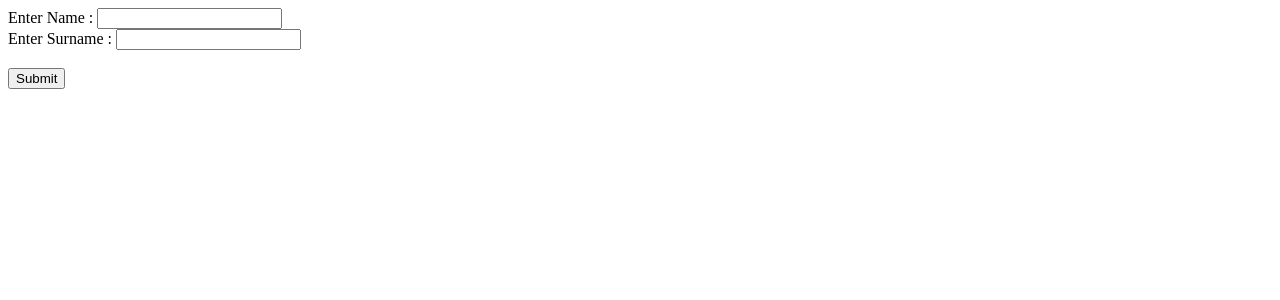
Repository: PhMandar/eclipse_oxy_ws
Page: SimpleServletProject/WebContent/SimpleForm.html
The author's editor kept a copy of each file at every save. The page is drawn from the files as they stood at one save, then again after the next save.
The browser window is 1280 px wide. The pictures show the whole page.

Above is the page before, as saved 2017-12-07 03:42:16.

After the next save:
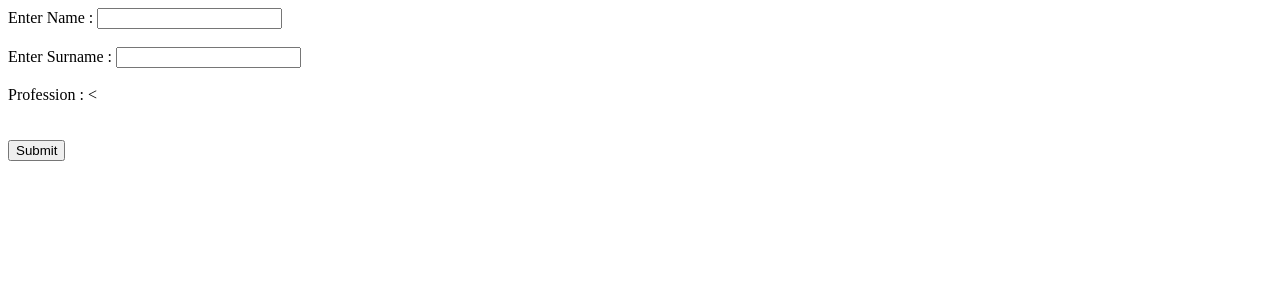
Saved 3 min 56 s later.
--- a/SimpleServletProject/WebContent/SimpleForm.html
+++ b/SimpleServletProject/WebContent/SimpleForm.html
@@ -6,8 +6,11 @@
 </head>
 <body>
 	<form method="post" action="SimpleServletTestURL">
-		Enter Name : <input name="userName"/> <br>
+		Enter Name : <input name="userName"/> <br><br>
 		Enter Surname : <input name="surName"/>
+		<br><br>
+		Profession : <<br>
+
 		<br><br>
 		<input type="submit"/>
 	</form>
